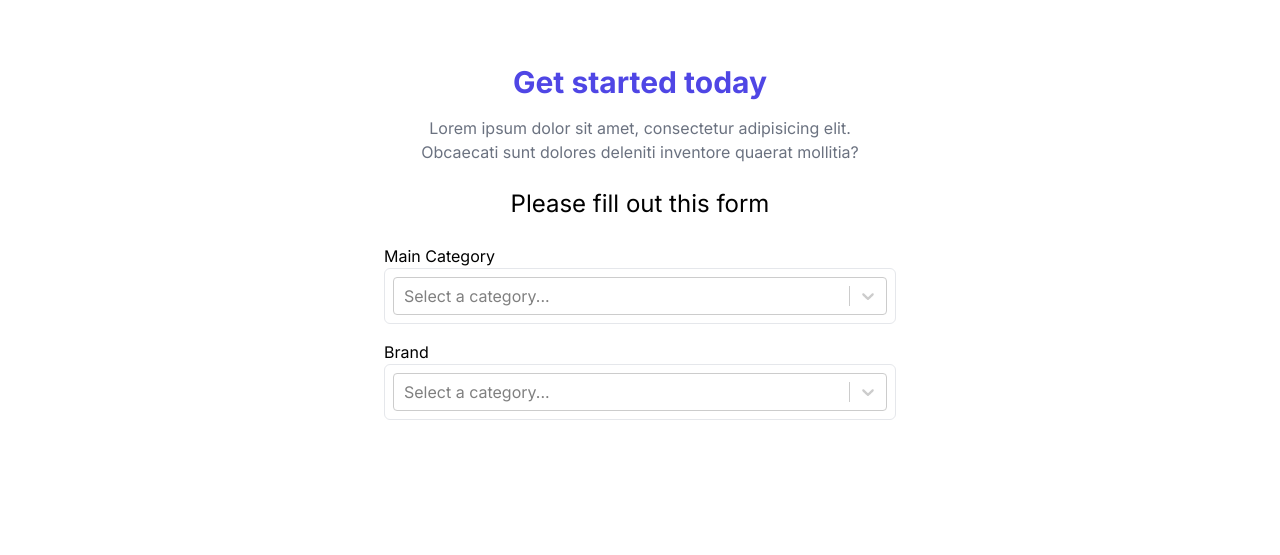
Repository: abdulrahmanmahmood/Mazaady-Portal-Frontend-Task-react-next--1
Page: /
The author's editor kept a copy of each file at every save. The page is drawn from the files as they stood at one save, then again after the next save.
The browser window is 1280 px wide. The pictures show the whole page.
The page's requests for data from a server got no answer. The project was rebuilt for these pictures with package versions that can differ from the ones it lists, and the page was loaded fresh each time. The framework's server and built-in components were replaced by stand-ins that run in the browser. No one was signed in, and anything a server would have sent is missing. Also part of the build but not shown: next.config.mjs.

Above is the page before, as saved 2024-01-29 20:46:02.

After the next save:
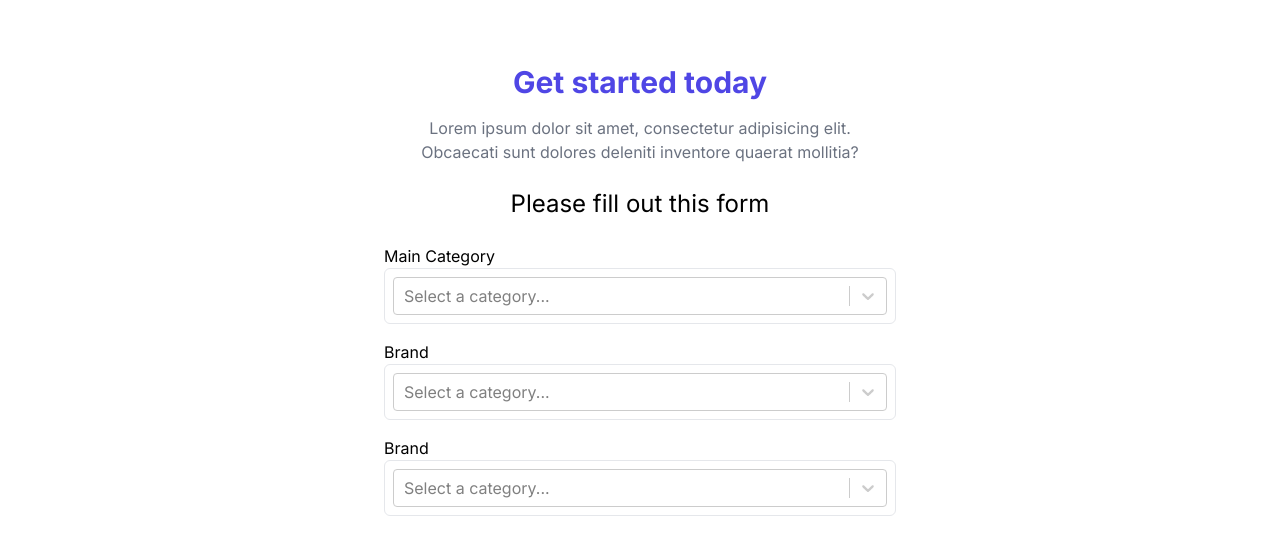
Saved 15 s later.
--- a/app/components/Cars.js
+++ b/app/components/Cars.js
@@ -19,6 +19,20 @@ const Cars = ({carsBrand,carsModels}) => {
         placeholder="Select a category..."
         className="p-2 border rounded-md focus:outline-none focus:ring focus:border-blue-300 mb-4 w-full"
       />
+            <label htmlFor="main-category" className="">
+        Brand
+      </label>
+      <Select
+        id="main-category"
+        options={carsBrand.map((item) => ({
+          value: item?.id,
+          label: item?.name,
+        }))}
+        // onChange={handleChange}
+        // value={selectedCat}
+        placeholder="Select a category..."
+        className="p-2 border rounded-md focus:outline-none focus:ring focus:border-blue-300 mb-4 w-full"
+      />
     </>
   );
 };
